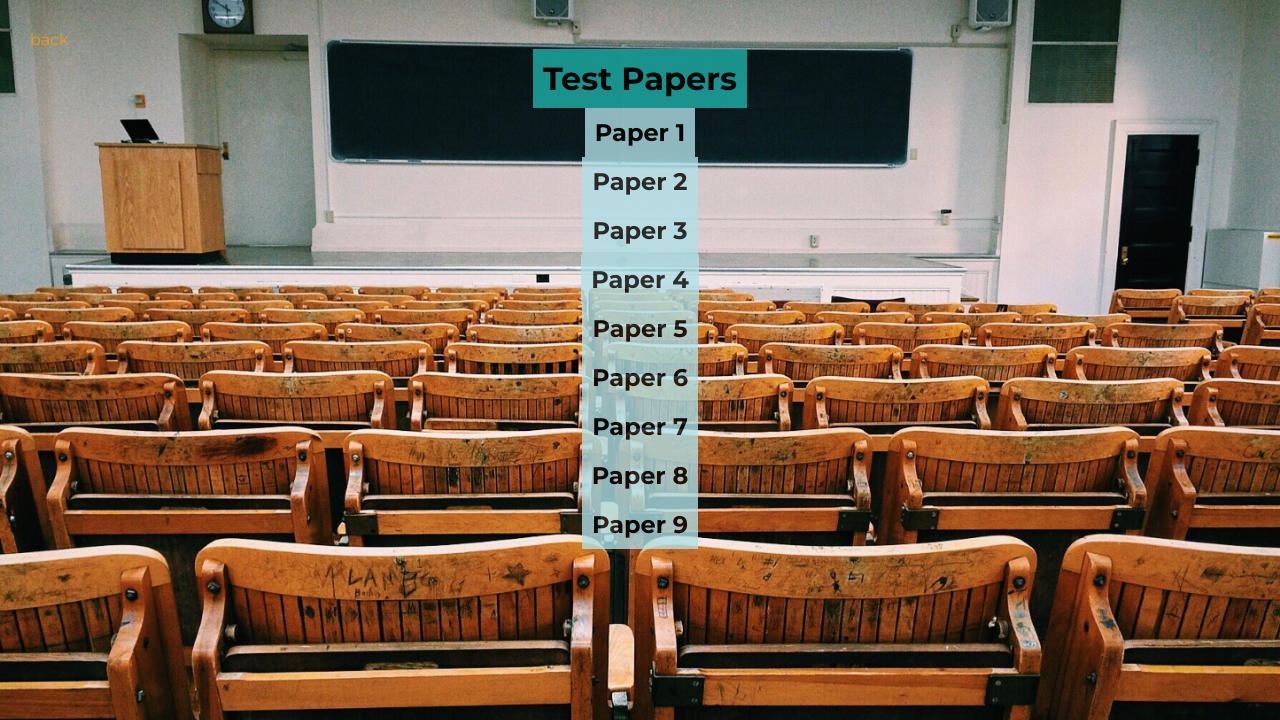
Repository: GauravBrahmbhatt/Psquare
Page: /testpage
The author's editor kept a copy of each file at every save. The page is drawn from the files as they stood at one save, then again after a run of saves.
The browser window is 1280 px wide. The pictures show the whole page.
The project was rebuilt for these pictures with package versions that can differ from the ones it lists, and the page was loaded fresh each time. Also part of the build but not shown: src/pages/PaperList/Level3List.js, src/pages/main.js, src/pages/timer.js, src/pages/TestPapers/level1.js.

Above is the page before, as saved 2020-06-18 18:38:27.

### src/App.js
import React, { Component } from 'react';
import {Switch, Route, Router} from 'react-router-dom';
import History from './pages/History';

import NextPage from './pages/TestLoader';
import Main from './pages/main';
//import TestPage from './pages/LevelCoordinator';
import TestPage from './pages/TestPapers/level1';
//import Level2 from './pages/TestPapers/level2';
//import Level3 from './pages/TestPapers/level3';
//import Level4 from './pages/TestPapers/level4';
//import Level5 from './pages/TestPapers/level5';
//import Level6 from './pages/TestPapers/level6';
//import Level7 from './pages/TestPapers/level7';

//https://codepen.io/abbeyjfitzgerald/pen/QaeoYj

/*const backUrl = '/some/other/value'
// this.props.testvalue === "hello"
<Link to={{pathname: `/${this.props.testvalue}`, query: {backUrl}}} />
console.log(this.props.match.params.testvalue, this.props.location.query.backurl)
// output
hello /some/other/value
*/



class App extends Component {
	//this.props.match.params.id






  render(){
    return(

      <Router history={History}>
        <Switch>
          <Route path="/" exact component={Main} />
          <Route path="/testpage" component={NextPage} />
          <Route path="/timedtest" component={TestPage} />

        </Switch>
      </Router>
    )

  }
}

export default App;

//	  <Route path="/random" component={Level4} />
/*{"q":["24","-4","7"], "a":27},
	{"q":["3","-2","36"], "a":37},
	{"q":["56","-1","3"], "a":58},
	{"q":["88","-2","-1"], "a":85},
	{"q":["73","-1","7"], "a":79},
	{"q":["7","32","-4"], "a":35},
	{"q":["6","71","-5"], "a":72},
	{"q":["16","-5","2"], "a":13},
	{"q":["7","22","-7"], "a":22},
	{"q":["38","-6","2"], "a":34},
	{"q":["5","54","-1"], "a":58},
	{"q":["5","54","-1"], "a":58},
	{"q":["5","54","-1"], "a":58},
	{"q":["5","54","-1"], "a":58},
	{"q":["5","54","-1"], "a":58},
	{"q":["5","54","-1"], "a":58},
	{"q":["5","54","-1"], "a":58},
	{"q":["5","54","-1"], "a":58},
	{"q":["5","54","-1"], "a":58},
	{"q":["5","54","-1"], "a":58},
	{"q":["5","54","-1"], "a":58},
	{"q":["5","54","-1"], "a":58},
	{"q":["5","54","-1"], "a":58},
	{"q":["5","54","-1"], "a":58},
	{"q":["5","54","-1"], "a":58},
	{"q":["5","54","-1"], "a":58},
	{"q":["5","54","-1"], "a":58},
	{"q":["5","54","-1"], "a":58},
	{"q":["5","54","-1"], "a":58},
	{"q":["5","54","-1"], "a":58},
	{"q":["5","54","-1"], "a":58},
	{"q":["5","54","-1"], "a":58},
	{"q":["5","54","-1"], "a":58},
	{"q":["5","54","-1"], "a":58},
	{"q":["5","54","-1"], "a":58},
	{"q":["5","54","-1"], "a":58},
	{"q":["5","54","-1"], "a":58},
	{"q":["5","54","-1"], "a":58},
	{"q":["5","54","-1"], "a":58},
	{"q":["5","54","-1"], "a":58},
	{"q":["5","54","-1"], "a":58},
	{"q":["5","54","-1"], "a":58},
	{"q":["5","54","-1"], "a":58},
	{"q":["5","54","-1"], "a":58},
	{"q":["5","54","-1"], "a":58},
	{"q":["5","54","-1"], "a":58},
	{"q":["5","54","-1"], "a":58},
	{"q":["5","54","-1"], "a":58},
	{"q":["5","54","-1"], "a":58},
	{"q":["5","54","-1"], "a":58},
	{"q":["5","54","-1"], "a":58},
	{"q":["5","54","-1"], "a":58},
	{"q":["5","54","-1"], "a":58},
	{"q":["5","54","-1"], "a":58},
	{"q":["5","54","-1"], "a":58},
	{"q":["5","54","-1"], "a":58},
	{"q":["5","54","-1"], "a":58},
	{"q":["5","54","-1"], "a":58},
	{"q":["5","54","-1"], "a":58},
	{"q":["5","54","-1"], "a":58},
	{"q":["5","54","-1"], "a":58},
	{"q":["5","54","-1"], "a":58},
	{"q":["5","54","-1"], "a":58},
	{"q":["5","54","-1"], "a":58},
	{"q":["5","54","-1"], "a":58},
	{"q":["5","54","-1"], "a":58},
	{"q":["5","54","-1"], "a":58},
	{"q":["5","54","-1"], "a":58},
	{"q":["5","54","-1"], "a":58},
	{"q":["5","54","-1"], "a":58},
	{"q":["5","54","-1"], "a":58},
	{"q":["5","54","-1"], "a":58},
	{"q":["5","54","-1"], "a":58},
	{"q":["5","54","-1"], "a":58},
	{"q":["5","54","-1"], "a":58},
	{"q":["5","54","-1"], "a":58},
	{"q":["5","54","-1"], "a":58},
	{"q":["5","54","-1"], "a":58},
	{"q":["5","54","-1"], "a":58},
	{"q":["5","54","-1"], "a":58},
	{"q":["5","54","-1"], "a":58},
	{"q":["5","54","-1"], "a":58},
	{"q":["5","54","-1"], "a":58},
	{"q":["5","54","-1"], "a":58},
	{"q":["5","54","-1"], "a":58},
	{"q":["5","54","-1"], "a":58},
	{"q":["5","54","-1"], "a":58},
	{"q":["5","54","-1"], "a":58},
	{"q":["5","54","-1"], "a":58},
	{"q":["5","54","-1"], "a":58},
	{"q":["5","54","-1"], "a":58},
	{"q":["5","54","-1"], "a":58},
	{"q":["5","54","-1"], "a":58},
	{"q":["5","54","-1"], "a":58},
	{"q":["5","54","-1"], "a":58},
	{"q":["5","54","-1"], "a":58},
	{"q":["5","54","-1"], "a":58},
	{"q":["5","54","-1"], "a":58},
	{"q":["5","54","-1"], "a":58},
	{"q":["5","54","-1"], "a":58},
	{"q":["5","54","-1"], "a":58},
	{"q":["5","54","-1"], "a":58},
	{"q":["5","54","-1"], "a":58},
	{"q":["5","54","-1"], "a":58},
	{"q":["5","54","-1"], "a":58},
	{"q":["5","54","-1"], "a":58},
	{"q":["5","54","-1"], "a":58},
	{"q":["5","54","-1"], "a":58},
	{"q":["5","54","-1"], "a":58},
	{"q":["5","54","-1"], "a":58},
	{"q":["5","54","-1"], "a":58},
	{"q":["5","54","-1"], "a":58},
	{"q":["5","54","-1"], "a":58},
	{"q":["5","54","-1"], "a":58},
	{"q":["5","54","-1"], "a":58},
	{"q":["5","54","-1"], "a":58},
	{"q":["5","54","-1"], "a":58},
	{"q":["5","54","-1"], "a":58},
	{"q":["5","54","-1"], "a":58},
	{"q":["5","54","-1"], "a":58},
	{"q":["5","54","-1"], "a":58},
	{"q":["5","54","-1"], "a":58},
	{"q":["5","54","-1"], "a":58},
	{"q":["5","54","-1"], "a":58},
	{"q":["5","54","-1"], "a":58},
	{"q":["5","54","-1"], "a":58},
	{"q":["5","54","-1"], "a":58},
	{"q":["5","54","-1"], "a":58},
	{"q":["5","54","-1"], "a":58},
	{"q":["5","54","-1"], "a":58},
	{"q":["5","54","-1"], "a":58},
	{"q":["5","54","-1"], "a":58},
	{"q":["5","54","-1"], "a":58},
	{"q":["5","54","-1"], "a":58},
	{"q":["5","54","-1"], "a":58},
	{"q":["5","54","-1"], "a":58},
	{"q":["5","54","-1"], "a":58},
	{"q":["5","54","-1"], "a":58},
	{"q":["5","54","-1"], "a":58},
	{"q":["5","54","-1"], "a":58}*/

### src/pages/TestLoader.js
import React, { useState, useEffect } from "react";
import { Link } from "react-router-dom";
import Level1 from "./PaperList/Level1List";
import Level3 from "./PaperList/Level3List";


const TestLoader = ({ location }) => {

    const [ level, setLLevel ] = useState('');

  useEffect(() => {
    const params = new URLSearchParams(location.search);
    const level = params.get("l");
    setLLevel(level ? level : "1");
  }, []);

  return (
      level>2 ? (<Level3/>) : (<Level1/>)
  );
};

export default TestLoader;

### src/pages/PaperList/Level1List.js
import React from 'react';
import {Link } from 'react-router-dom';

export default function Level1List() {
    return (
    <div>
      <Link to="/">back</Link>
      <h1 className="title1">Test Papers</h1>
      <Link to="/timedtest?p=1">
        <p className="hover">Paper 1</p>
      </Link>
      <Link to="/timedtest?p=2">
        <p className="hover">Paper 2</p>
      </Link>
      <Link to="/timedtest?p=3">
        <p className="hover">Paper 3</p>
      </Link>
      <Link to="/timedtest?p=4">
        <p className="hover">Paper 4</p>
      </Link>
      <Link to="/timedtest?p=5">
        <p className="hover">Paper 5</p>
      </Link>
      <Link to="/timedtest?p=6">
        <p className="hover">Paper 6</p>
      </Link>
      <Link to="/timedtest?p=7">
        <p className="hover">Paper 7</p>
      </Link>
      <Link to="/timedtest?p=8">
        <p className="hover">Paper 8</p>
      </Link>
      <Link to="/timedtest?p=9">
        <p className="hover">Paper 9</p>
      </Link>
    </div>
    )
}

### src/styleSheets/main.scss
@import url("https://fonts.googleapis.com/css?family=Montserrat:400,500,600,700");

* {
  -webkit-box-sizing: border-box;
  -moz-box-sizing: border-box;
  box-sizing: border-box;
}

body {
  font-family: "Montserrat";
  margin: 30px;
  background-image: url("../Bench.jpg");

  /* Set a specific height */
  height: 500px;

  /* Create the parallax scrolling effect */
  background-attachment: fixed;
  background-position: center;
  background-repeat: no-repeat;
  background-size: cover;
  //background-color:rgba(255,255,255,0.1);
  opacity: 0.8;
  //position: absolute;
  z-index: -1;
}

a {
  text-decoration: none;
  color: orange;
}

h2 {
  color: #000;
  margin: 2rem 0 0.5rem;
  font-size: 1.25rem;
  font-weight: 400;
  text-transform: uppercase;
}

img {
  display: block;
  border: 0;
  width: 100%;
  height: auto;
}

/***************************           Cards            *******************************/

.title {
  margin: auto;
  width: max-content;
  padding: 10px;
  font-size: 2rem;
  display: flex;
  font-weight: 900;
  background: #539fd3;
}

.title1 {
  margin: auto;
  width: max-content;
  padding: 10px;
  font-size: 2rem;
  display: flex;
  font-weight: 900;
  background: lightseagreen;
}

/* Turn off parallax scrolling for all tablets and phones. Increase/decrease the pixels if needed */
//@media only screen and (max-device-width: 1366px) {
// .parallax {
//   /* The image used */
//   //background-image: url("../Bench.jpg");

//   /* Set a specific height */
//   //height: 500px;

//   /* Create the parallax scrolling effect */
//   // background-attachment: fixed;
//   //background-position: center;
//   //background-repeat: no-repeat;
//   //background-size: cover;
//   //opacity: 0.2;
//   z-index: 1;
// }
//}

@mixin hideTapHighlightColor() {
  //Prevent highlight colour when element is tapped
  -webkit-tap-highlight-color: rgba(0, 0, 0, 0);
}

@mixin hardwareAccel() {
  //Improve performance on mobile/tablet devices
  transform: translateZ(0);
}

@mixin improveAntiAlias() {
  //Improve aliasing on mobile/tablet devices
  box-shadow: 0 0 1px rgba(0, 0, 0, 0);
}

.hover {
  display: inline-block;
  transition-duration: 0.5s;
  transition-property: transform;
  margin: auto;
  width: max-content;
  padding: 10px;
  font-size: 1.5rem;
  display: flex;
  font-weight: 900;
  color: black;
  background-color: powderblue;

  @include hideTapHighlightColor();
  @include hardwareAccel();
  @include improveAntiAlias();

  &:hover {
    transform: translateY(-6px);
    animation-name: hover;
    animation-duration: 1.5s;
    animation-delay: 1.5s;
    animation-timing-function: linear;
    animation-iteration-count: infinite;
    animation-direction: alternate;
  }
}

.cards {
  display: grid;
  grid-template-columns: repeat(
    auto-fill,
    minmax(200px, 1fr)
  ); /* see notes below */
  grid-auto-rows: minmax(120px, auto);
  grid-gap: 5rem;
  z-index: 5;
}

.card {
  /*height: 200px;*/
  /*background: red;*/
  border: 2px solid #e7e7e7;
  border-radius: 4px;
  padding: 0.5rem;
  -webkit-box-shadow: 0 2px 2px rgba(0, 0, 0, 0.15);
  box-shadow: 0 2px 2px rgba(0, 0, 0, 0.15);
  display: flex;
  /* -webkit-box-orient: vertical; */
  /* -webkit-box-direction: normal; */
  -ms-flex-direction: column;
  flex-direction: column;
  position: relative;
  color: #5d5e5e;
} /* li item */

.thumbnail img {
  fill: #c7c4c4;
  height: 135px;
  //opacity: 0.25;
  padding: 1.5rem;
}

.card-content {
  font-size: 0.75rem;
  display: flex;
  -webkit-box-orient: vertical;
  -webkit-box-direction: normal;
  -ms-flex-direction: column;
  flex-direction: column;
  -webkit-box-flex: 1;
  -ms-flex: 1;
  flex: 1;
}

.panel.card-panel .panel-header {
  background-color: #ffffff;
  font-size: 0.75rem;
  font-weight: 400;
  height: 25px !important;
}

.panel.card-panel .panel-content {
  -webkit-box-flex: 1;
  -ms-flex: 1;
  flex: 1;
}

.category {
  font-size: 0.75rem;
  text-transform: uppercase;
}

footer {
  border-top: 2px solid #e7e7e7;
  margin: 0.5rem 0 0;
  min-height: 30px;
  font-size: 0.5rem;
}

.category {
  position: absolute;
  top: 105px;
  left: 75px;
  color: #fff;
  background: #e74c3c;
  padding: 5px 15px;
  font-size: 15px;
  font-weight: 600;
  text-transform: uppercase;
}

.category__01 {
  background-color: #50c6db;
}

.category__02 {
  background-color: #51bb7b;
}

.category__03 {
  background-color: firebrick;
}

.category__04 {
  background-color: palegoldenrod;
}

.category__05 {
  background-color: olive;
}

.post-meta {
  margin-top: 1rem;
}

.comments {
  margin-left: 0.5rem;
}

.center {
  margin: auto;
  width: 50%;
  //border: 3px solid green;
  padding: 10px;
}

.fa-check {
  color: #13a775;
}

.fa-times {
  color: #f42020;
}

input[type="number"]::-webkit-inner-spin-button,
input[type="number"]::-webkit-outer-spin-button {
  -webkit-appearance: none;
}
input[type="number"] {
  -moz-appearance: textfield;
}

.heidi {
  display: none;
}

table {
  border-collapse: collapse;
}

//td, th,
tr {
  border: 2.5px solid #999;
  padding: 5px;
  text-align: center;
}

Loaded but not shown: src/index.js (common file); src/index.css (common file); src/serviceWorker.js (common file); src/pages/History.js (common file)

After the next 4 saves:
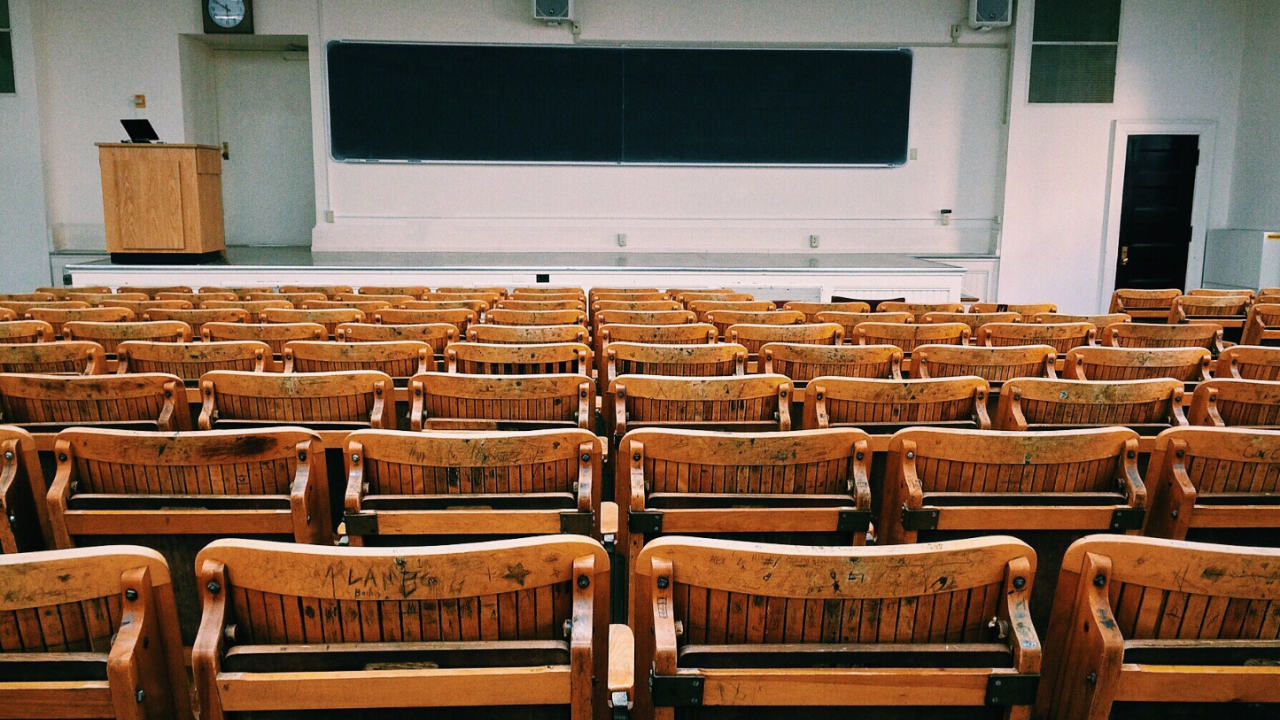
The 4 saves are shown as one change because 1 did not build or start and some came seconds apart.
The last was saved 6 min 33 s later.
--- a/src/pages/TestLoader.js
+++ b/src/pages/TestLoader.js
@@ -1,4 +1,18 @@
-import React, { useState, useEffect } from "react";
+
+import React, { Component } from 'react'
+
+export default class TestLoader extends Component {
+    render() {
+        return (
+            <div>
+
+            </div>
+        )
+    }
+}
+
+
+/*import React, { useState, useEffect } from "react";
 import { Link } from "react-router-dom";
 import Level1 from "./PaperList/Level1List";
 import Level3 from "./PaperList/Level3List";
@@ -19,4 +33,4 @@
   );
 };
 
-export default TestLoader;
+export default TestLoader;*/

After the 6 saves that followed:
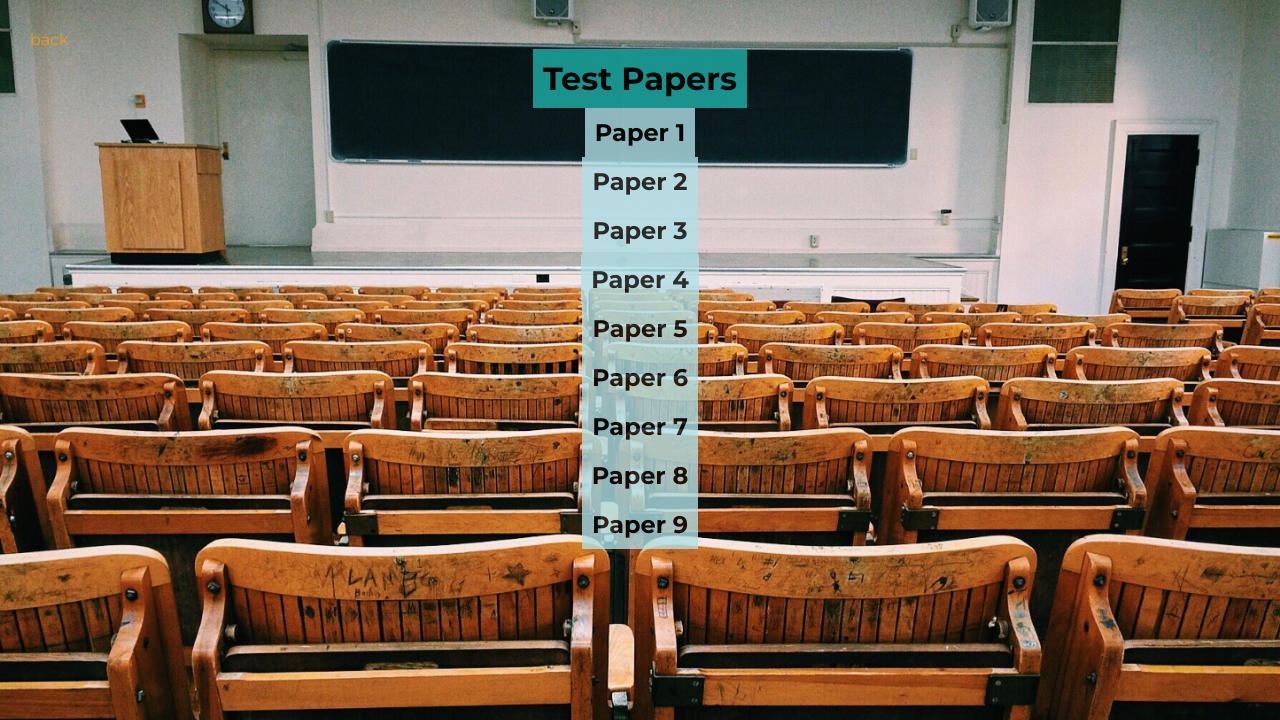
The 6 saves are shown as one change because 1 did not build or start and 1 left the picture as it was and some came seconds apart.
The last was saved 25 s later.
--- a/src/pages/TestLoader.js
+++ b/src/pages/TestLoader.js
@@ -1,18 +1,4 @@
-
-import React, { Component } from 'react'
-
-export default class TestLoader extends Component {
-    render() {
-        return (
-            <div>
-
-            </div>
-        )
-    }
-}
-
-
-/*import React, { useState, useEffect } from "react";
+import React, { useState, useEffect } from "react";
 import { Link } from "react-router-dom";
 import Level1 from "./PaperList/Level1List";
 import Level3 from "./PaperList/Level3List";
@@ -33,4 +19,4 @@
   );
 };
 
-export default TestLoader;*/
+export default TestLoader;
